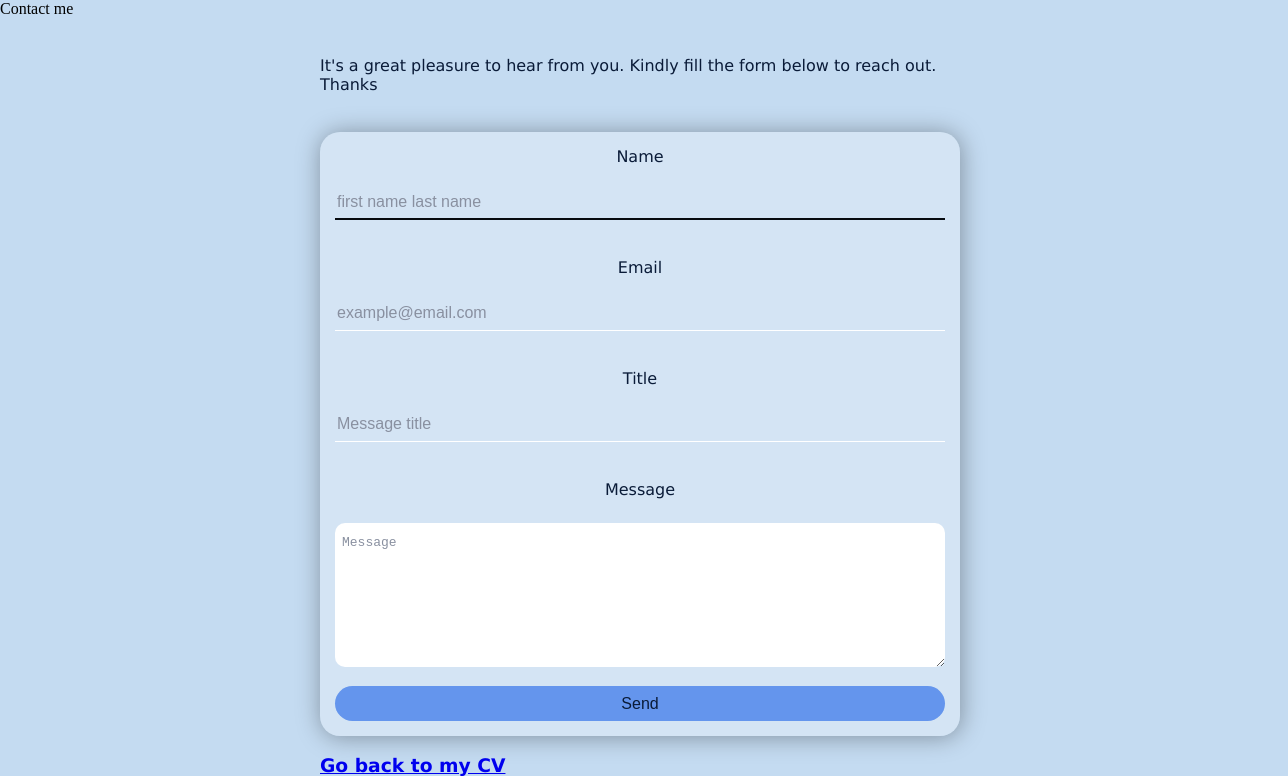
Repository: idmcalculus/Damilola-s-Profile
Page: contactme.html
The author's editor kept a copy of each file at every save. The page is drawn from the files as they stood at one save, then again after the next save.
The browser window is 1280 px wide. The page is 1280 px wide, then 1288 px, so the pictures cover 1288 px, including what lies to the right of the window. The pictures show the whole page.

Above is the page before, as saved 2019-10-15 23:39:12.

After the next save:
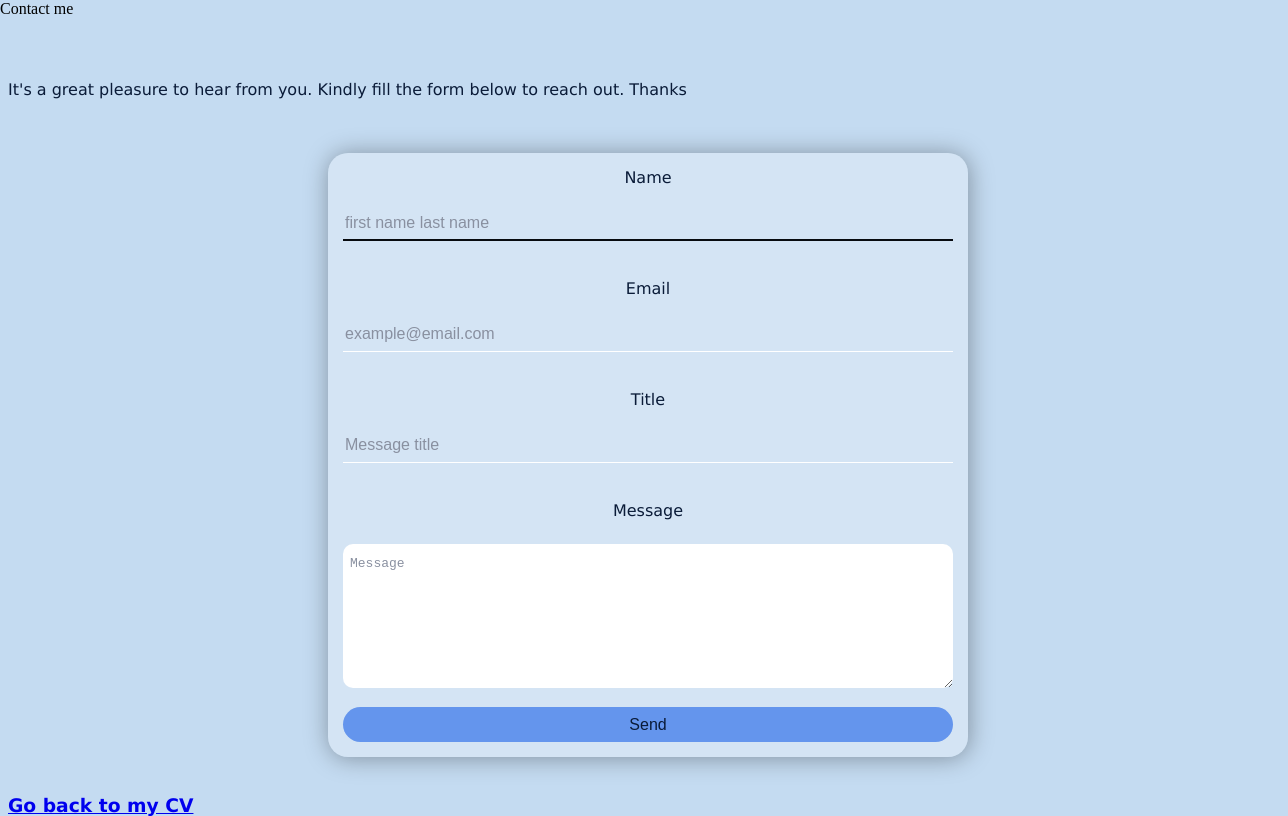
Saved 4 min 57 s later.
--- a/contactme.css
+++ b/contactme.css
@@ -5,19 +5,20 @@ body {
     color: rgb(10, 27, 56);
     box-sizing: border-box;
     height: 100vh;
-    width: 50%;
+    width: 100%;
   }
   *{
     outline: none;
     box-sizing: border-box;
     display: block;
-    margin: 0 auto;
 }
 .form-style {
     background: rgba(250, 250, 250, 0.28);
     padding: 15px;
     box-shadow: 1px 1px 25px rgba(0, 0, 0, 0.35);
     border-radius: 20px;
+    width: 50%;
+    margin: 0 auto;
 }
 .form_grid{
     display: grid;
